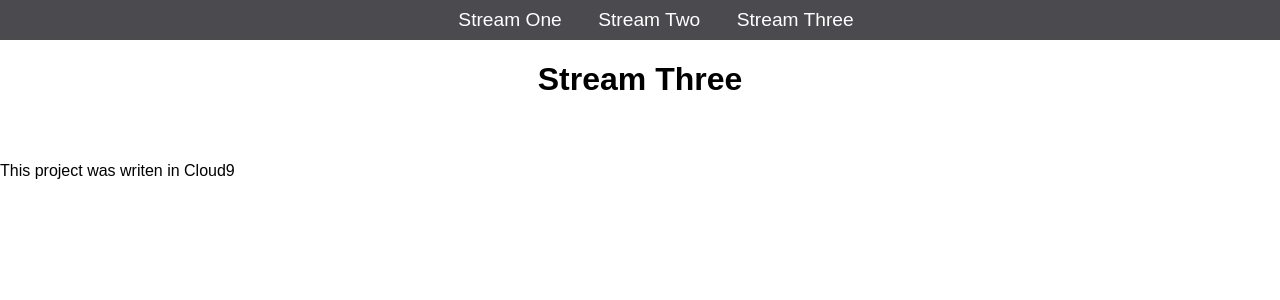
Repository: MariaPSegarra/my-fist-website
Page: stream-three.html
The author's editor kept a record of every edit. The page is drawn from the files as they stood at one moment, then again after the next edit.
The browser window is 1280 px wide. The pictures show the whole page.

Above is the page before.

After the next edit:
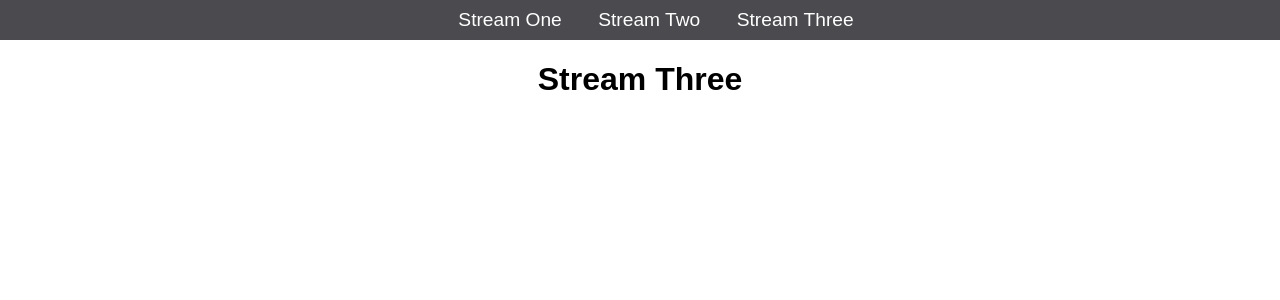
The edit:
--- a/stream-three.html
+++ b/stream-three.html
@@ -13,6 +13,12 @@
             </ul>
         </nav>
         <h1>Stream Three</h1>
-        <p>This project was writen in Cloud9</p>
+       <div class="card">
+           <a href="">
+               <img src="" alt="">
+               <h2> </h2>
+           </a>
+
+       </div>
     </body>
 </html>
